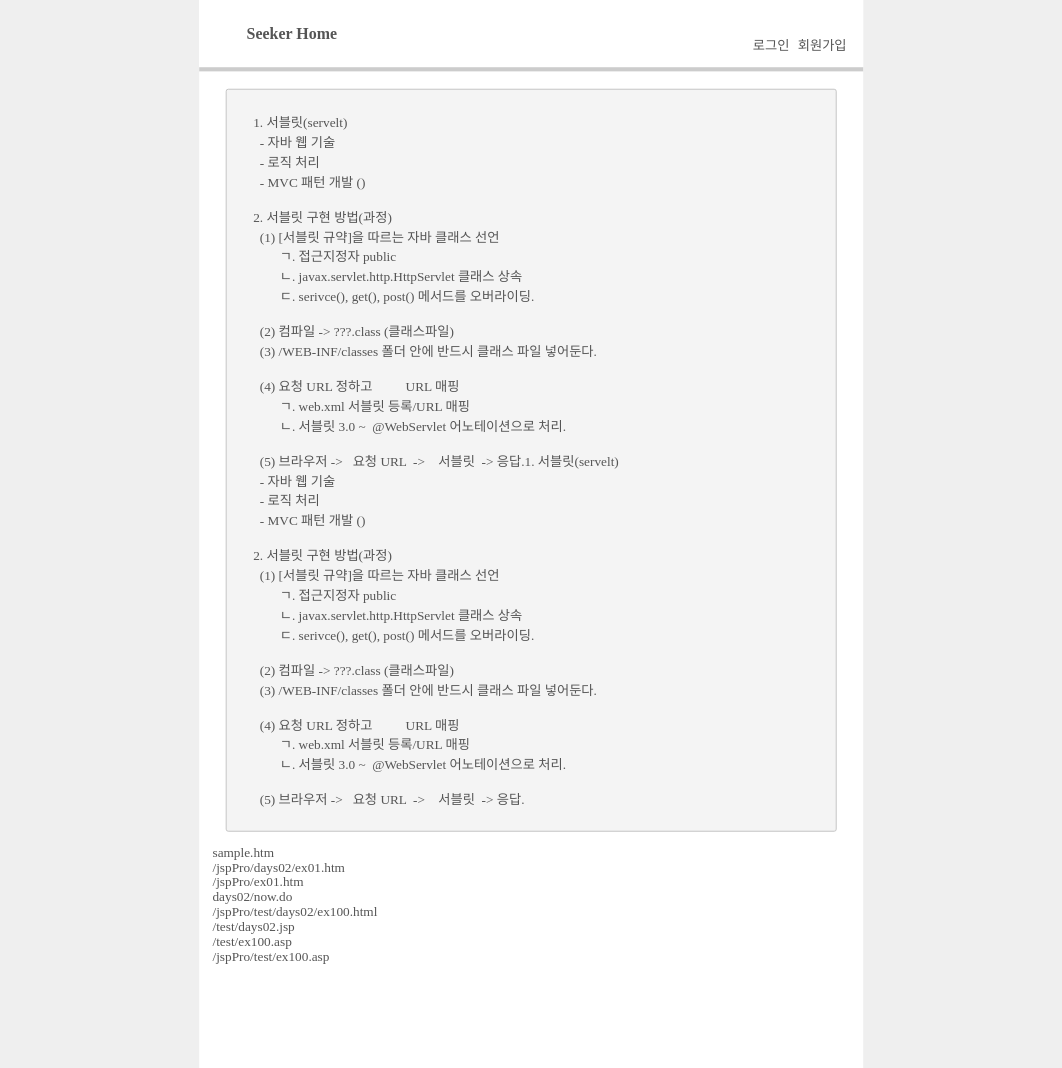
Repository: Seeker2250/JspTest
Page: http://localhost/jspPro/days02/ex03.jsp
An editor plug-in stored every save of this project. The page is shown before and after the next save, followed by the edit.
The browser window is 1280 px wide. The pictures show the whole page, at 83% of full size.
Some web fonts or font styles are not loaded; a fallback is used. The page is served by Tomcat 9.

Above is the page before, as saved 2024-10-16 07:44:19.

After the next save:
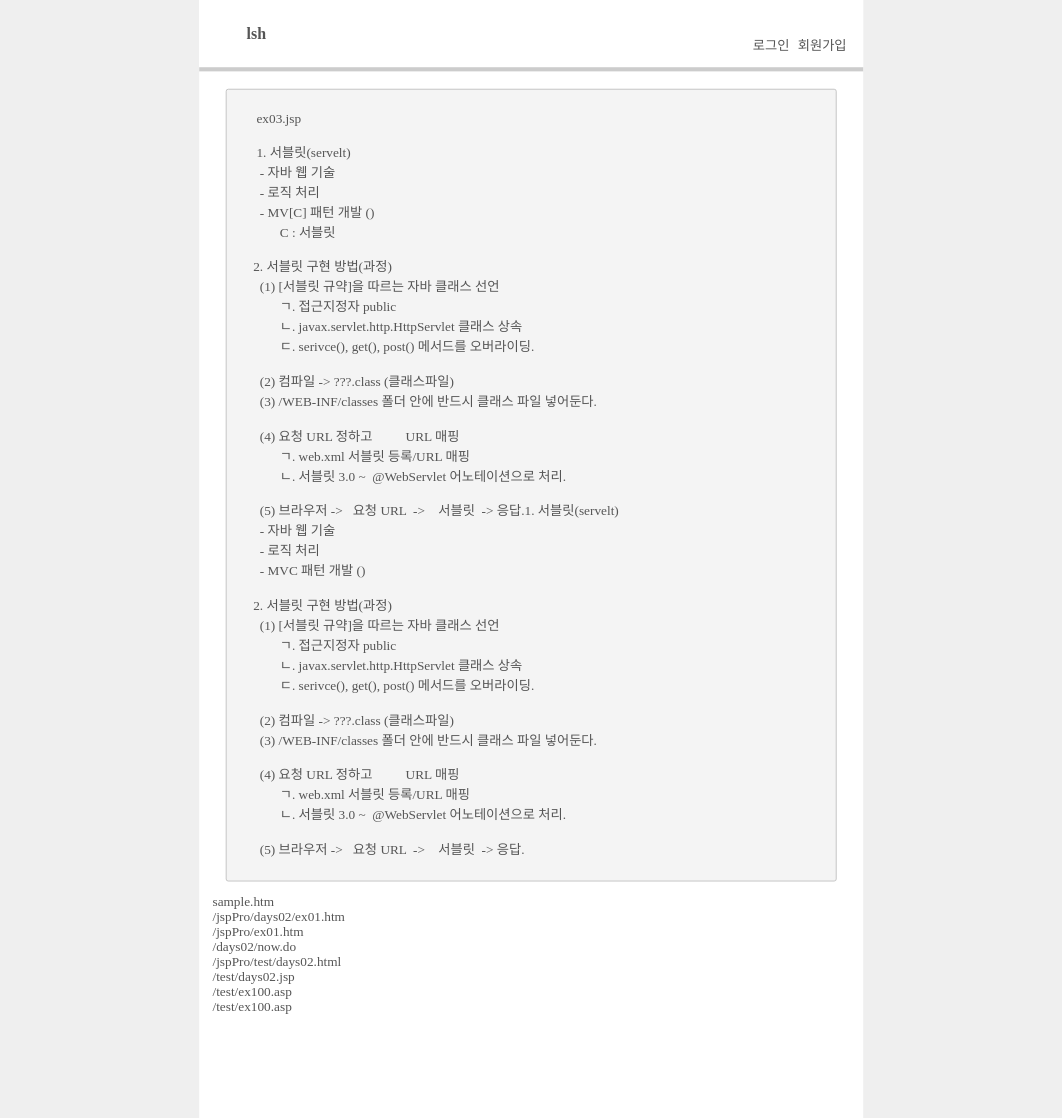
Saved 8 min 45 s later.
--- a/jspPro/src/main/webapp/days02/ex03.jsp
+++ b/jspPro/src/main/webapp/days02/ex03.jsp
@@ -1,5 +1,4 @@
-<%@ page language="java" contentType="text/html; charset=UTF-8"
-    pageEncoding="UTF-8"%>
+<%@ page language="java" contentType="text/html; charset=utf-8" pageEncoding="utf-8" %> <!-- 페이지 지시자(지시자는 @가 있다.) -->
 <!DOCTYPE html>
 <html>
 <head>
@@ -18,18 +17,21 @@
 </head>
 <body>
 <header>
-  <h1 class="main"><a href="#" style="position: absolute;top:30px;">Seeker Home</a></h1>
+  <h1 class="main"><a href="#" style="position: absolute;top:30px;">lsh</a></h1>
   <ul>
     <li><a href="#">로그인</a></li>
     <li><a href="#">회원가입</a></li>
   </ul>
 </header>
 <div>
- <xmp class="code">
-    1. 서블릿(servelt)
+  <xmp class="code">
+     ex03.jsp
+
+     1. 서블릿(servelt)
       - 자바 웹 기술
       - 로직 처리
-      - MVC 패턴 개발 ()
+      - MV[C] 패턴 개발 ()
+            C : 서블릿
 
     2. 서블릿 구현 방법(과정)
       (1) [서블릿 규약]을 따르는 자바 클래스 선언
@@ -65,22 +67,22 @@
       (5) 브라우저 ->   요청 URL  ->    서블릿  -> 응답.
   </xmp>
 
-  <a href="sample.htm">sample.htm</a><br>
-  <a href="/jspPro/days02/ex01.htm">/jspPro/days02/ex01.htm</a><br>
-  <a href="/jspPro/ex01.htm">/jspPro/ex01.htm</a><br>
-  <!-- <a href="/days02/now.do">/jspPro/ex01.htm</a><br> 여기서 /로 시작하면 localhost로 시작이라 안돼-->
-  <a href="/jspPro/days02/now.do">days02/now.do</a><br>
+  <a href="sample.htm">sample.htm</a><br />
+  <a href="/jspPro/days02/ex01.htm">/jspPro/days02/ex01.htm</a><br />
+  <a href="/jspPro/ex01.htm">/jspPro/ex01.htm</a><br />
 
+  <!-- / 경로의 위치가 다르기 때문에 jspPro 부터 시작한다. -->
+  <a href="/jspPro/days02/now.do">/days02/now.do</a><br />
 
-  <!-- <url-pattern>/test/*</url-pattern> -->
-  <a href="/jspPro/test/days02/ex100.html">/jspPro/test/days02/ex100.html</a><br>
-  <a href="/test/days02.jsp">/test/days02.jsp</a><br><!-- jspPro 없어서 안돼 -->
-  <a href="/test/ex100.asp">/test/ex100.asp</a><br><!-- jspPro 없어서 안돼 -->
-  <a href="/jspPro/test/ex100.asp">/jspPro/test/ex100.asp</a><br>
+  <a href="/jspPro/test/days02/ex100.html">/jspPro/test/days02.html</a><br />
+  <a href="/test/days02.jsp">/test/days02.jsp</a><br /> <!-- 일치 x  -->
+  <a href="/test/ex100.asp">/test/ex100.asp</a><br /> <!-- 일치 x  -->
+  <a href="/jspPro/test/ex100.asp">/test/ex100.asp</a><br />
 
-  <!--
-  <url-pattern> / </url-pattern>과 <url-pattern> /* </url-pattern>의 차이
-  -->
+  <!-- [차이점] 과제 / ch17, 514p
+  <url-pattern>/</url-pattern>
+  <url-pattern>/*</url-pattern>
+   -->
 </div>
 </body>
 </html>
